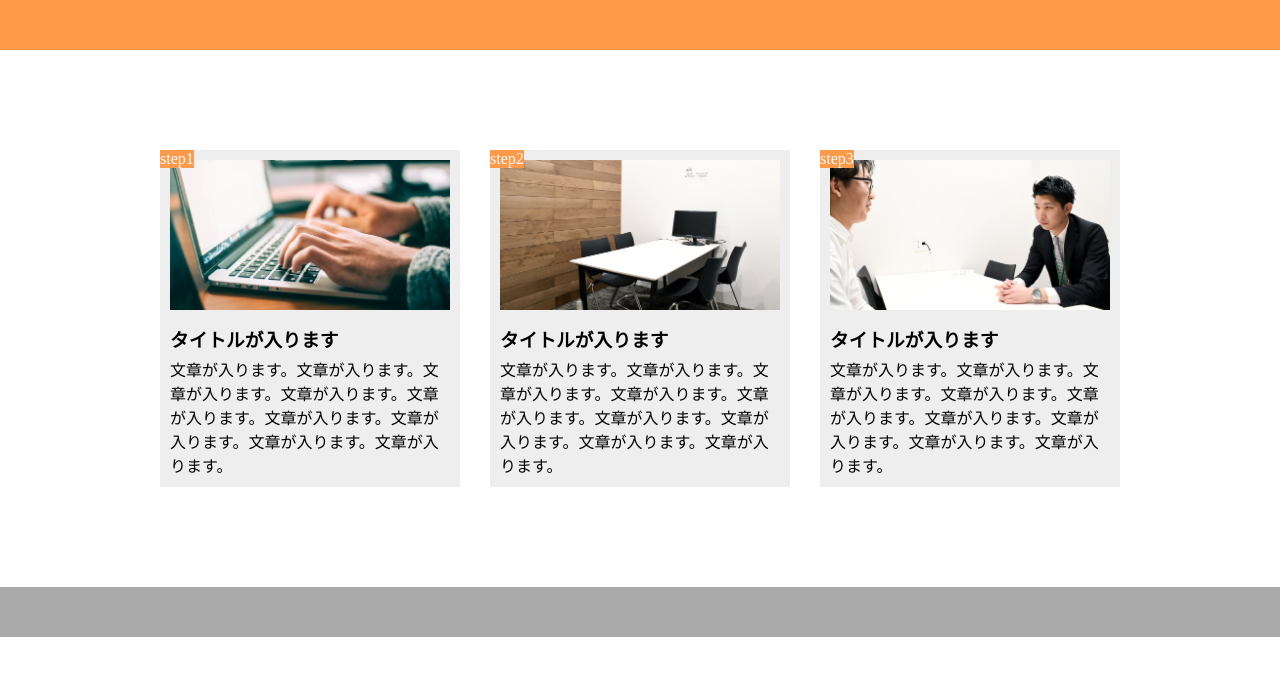
Repository: cyaomasa/java-
Page: chapter9/index9-2.html
The author's editor kept a record of every edit. The page is drawn from the files as they stood at one moment, then again after the next edit.
The browser window is 1280 px wide. The pictures show the whole page.
Some web libraries are served in a nearby version.

Above is the page before.

### chapter9/index9-2.html
<!DOCTYPE html>
<html lang="ja">
  <head>
    <meta charset="UTF-8" />
    <meta name="viewport" content="width=device-width,initial-scale=1,0">

    <title>演習9</title>
    <script src="https://kit.fontawesome.com/7dea513659.js" crossorigin="anonymous"></script>
    <link rel="stylesheet" href="style9-2.css" />
  </head>

  <body>
    <header></header>
    <main>
      <div class="blog-item">
        <div class="blog-image1"></div>
          <span class="category">step1</span>
        <h3 class="title">タイトルが入ります</h3>
        <P>文章が入ります。文章が入ります。文章が入ります。文章が入ります。文章が入ります。文章が入ります。文章が入ります。文章が入ります。文章が入ります。</P>
      </div>

      <div class="blog-item">
        <div class="blog-image2"></div>
          <span class="category">step2</span>
        <h3 class="title">タイトルが入ります</h3>
        <P>文章が入ります。文章が入ります。文章が入ります。文章が入ります。文章が入ります。文章が入ります。文章が入ります。文章が入ります。文章が入ります。</P>
      </div>

      <div class="blog-item">
        <div class="blog-image3"></div>
          <span class="category">step3</span>
        <h3 class="title">タイトルが入ります</h3>
        <P>文章が入ります。文章が入ります。文章が入ります。文章が入ります。文章が入ります。文章が入ります。文章が入ります。文章が入ります。文章が入ります。</P>
      </div>
    </main>


    <footer></footer>
  </body>

### chapter9/style9-2.css
* {
  margin: 0;
  padding: 0;
  box-sizing: border-box;
}
header {
  height: 50px;
  background-color: #FF9A4B;
}

main {
  padding: 50px 0;
  width: 960px;
  display: flex;
  justify-content: center;
  margin: 50px auto;
}

.blog-item {
width: 300px;
padding: 10px;
margin-right: 30px;
background-color: #EEEEEE;
position: relative;
}

.blog-item:last-child {
  margin-right: 0;
}

.category {
  position: absolute;
  top: 0;
  left: 0;
  background-color: #FF9A4B;
  color: #FFFFFF;
}

.blog-image1 {
  background-image: url(img/flow01.png);
  height: 150px;
  background-position: bottom;
  background-size: cover;
}

.blog-image2 {
  background-image: url(img/flow02.png);
  height: 150px;
  background-position: bottom;
  background-size: cover;
}

.blog-image3 {
  background-image: url(img/flow03.png);
  height: 150px;
  background-position: bottom;
  background-size: cover;
}
.title {
  margin: 15px 0 5px;
}

footer {
  height: 50px;
  background-color: #AAAAAA;
}

@media screen and (max-width: 768px) {

header {
  width: 100%;
}

main {
  width: 100%;
  display: block;

}
}

After the next edit:
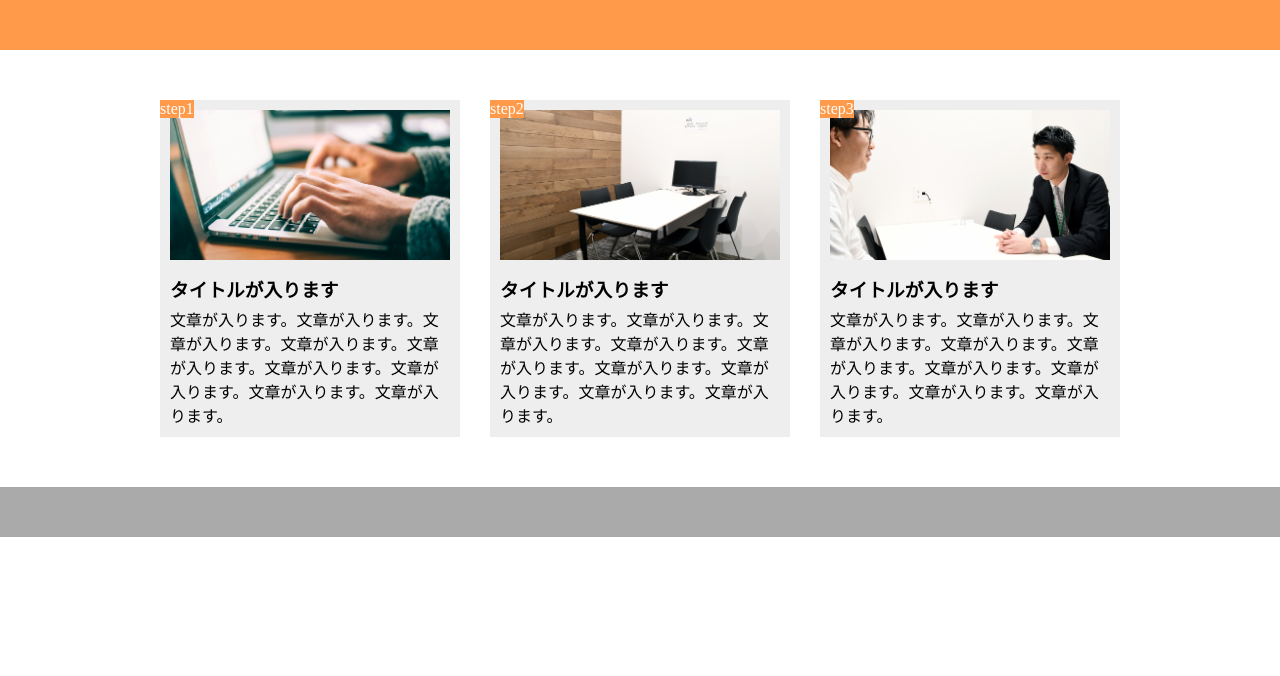
The edit:
--- a/chapter9/style9-2.css
+++ b/chapter9/style9-2.css
@@ -9,10 +9,8 @@
 }
 
 main {
-  padding: 50px 0;
   width: 960px;
   display: flex;
-  justify-content: center;
   margin: 50px auto;
 }
 
